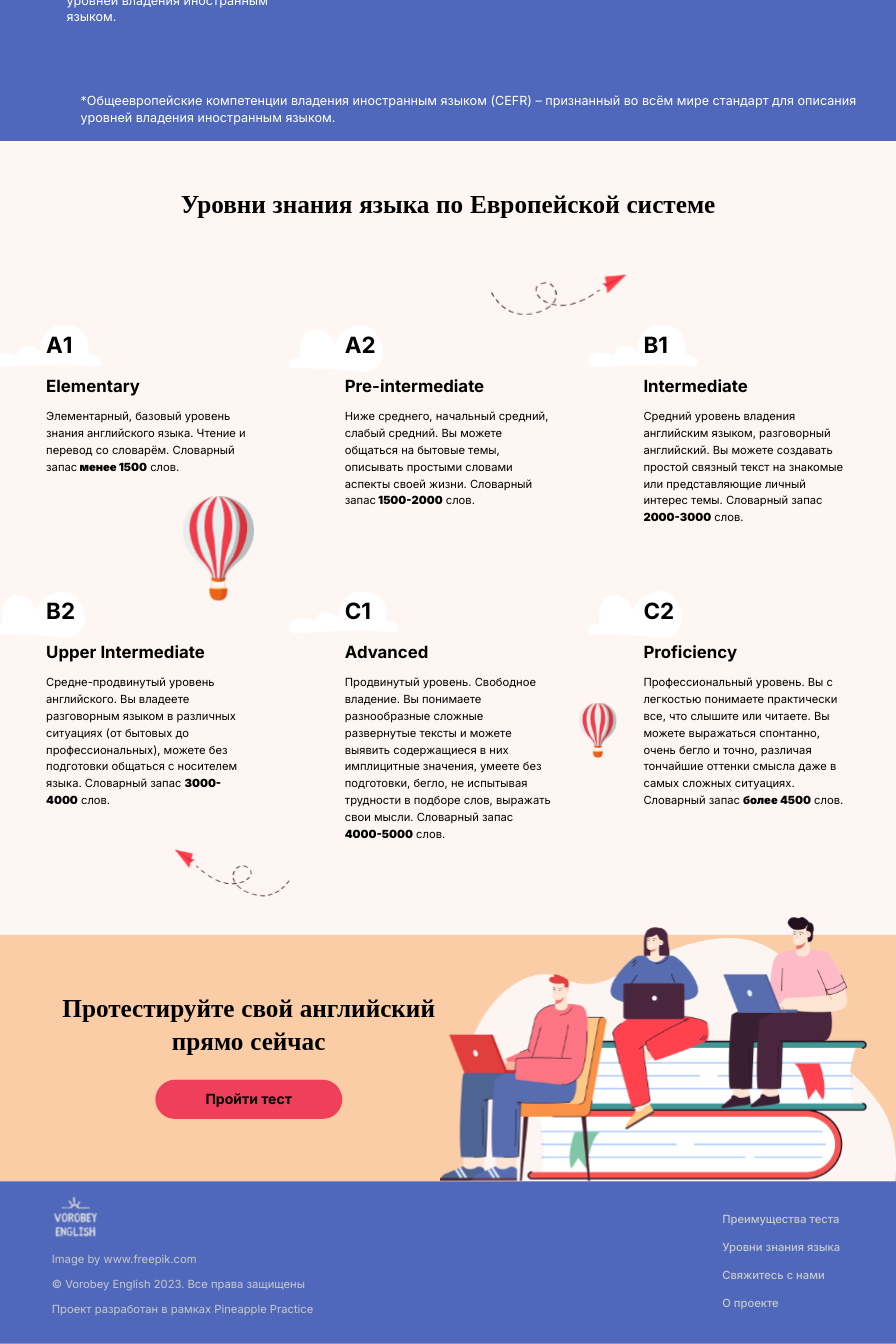
Repository: WladimirVA/Diplom
Page: templates/Index.html
An editor plug-in stored every save of this project. The page is shown before and after the next save, followed by the edit.
The browser window is 1280 px wide. The pictures show the part of the page from y = 1901 to 3821 px (the page is 3821 px tall), at 70% of full size.

Above is the page before, as saved 2023-05-15 16:33:44.

### templates/Index.html
<!DOCTYPE html>
<html lang="ru">
<head>
    <meta charset="UTF-8">
    <meta http-equiv="X-UA-Compatible" content="IE=edge">
    <meta name="viewport" content="width=device-width, initial-scale=1.0">
    <link href="./static/css/style.css" rel="stylesheet" type="text/css">
    <link href="./static/css/fonts.css" rel="stylesheet" type="text/css">
    <link href="./static/css/slider.css">
    <link rel="icon" sizes="16x16" href="./static/img/Иконка _Лого_ (1_1).svg" type="image/x-icon">
    <title>Vorobeyenglish</title>
</head>
<body>
<script src="./static/js/listmenu.js"></script>
<header class="header" di="HOME">
    <div class="section">
        <div class="section-header">
            <div class="logo">
                <img src="./static/img/Иконка _Лого_ (1).svg">
            </div>
            <nav>
                <div class="dropdown">
                    <!-- <button onclick="myFunction()" class="dropbtn"> Выпадающий</button> -->
                    <a onclick="myFunction()"><img class="dropbtn" src="./static/img/Vector (6).svg"></a>
                    <div id="myDropdown" class="dropdown-content">
                        <div class="Name-logo">
                            <a href="#"><img class="Name-logo-mob1" src="./static/img/Иконка _Лого_ (1).svg"></a>
                            <img class="Name-logo-img1-info" src="./static/img/Ellipse 6 (2).svg">
                            <a href="#"><img class="Name-logo-img-info Name-logo-mob" src="./static/img/Vector (5).svg"></a>
                        </div>
                        <div class="header-nav-mob">
                            <a class="link" href="№">Главная</a>
                            <a class="link" href="#ADVAN_TEST">Преимущества теста</a>
                            <a class="link" href="#LANGUAGE_LEVELS">Уровни знания языка</a>
                                <form class="dropdown-button-mob" action="./next_test" method="post">
                                    <button class="dropdown-button-mob1">Пройти тест</button>
                                </form>
                            <a class="link" href="#">О проекте</a>
                            <a class="link" href="mailto:Vorobeyenglish@ya.ru">Свяжитесь с нами</a>
                        </div>
                        </div>
                </div>

                <ul class="header-nav">
                    <li><a class="link" href="#ADVAN_TEST">Преимущества теста</a></li>
                    <li><a class="link" href="#LANGUAGE_LEVELS">Уровни знания языка</a></li>
                    <li><a class="link" href="mailto:englishtest@yandex.ru">Свяжитесь с нами</a></li>
                    <li><a class="link" href="#">О проекте</a></li>
                </ul>
            </nav>
        </div>
    </div>
</header>
<main>
    <section class="HOME">
        <div class="section">
            <div class="content">
                <h1 class="title">
                    проверь<br class="br-mob"> свой уровень <br>английского
                </h1>
                <div class="section-home">

                    <div class="title-home">

                        <p class="home_p">
                            Пройдите наш <span  style="font-weight:900"> бесплатный <br></span> онлайн-тест и узнайте свой уровень <br>владения английским языком
                        </p>
                        <ul class="home_ul">
                            <li class="home_li"><img class="check" src="./static/img/Иконка _Галочка_ 3.svg">Без регистрации</li>
                            <li class="home_li"><img class="check" src="./static/img/Иконка _Галочка_ 3.svg">Без ограничений по времени</li>
                            <li class="home_li"><img class="check" src="./static/img/Иконка _Галочка_ 3.svg">По международным стандартам</li>
                        </ul>
                        <div class="buttonsHome">
                            <form action="./next_test" method="post">
                                <button class="button_home">Пройти тест</button>
                            </form>
                        </div>
                    </div>
                    <div class="image-home">
                        <img src="./static/img/иллюстр 6 (1).svg">
                    </div>
                </div>
            </div>

        </div>
    </section>
    <section class="WHY-TEST">
        <div class="section">
            <div class="">
                <div class="section-home-1">
                    <h1 class="title_2">Почему важно знать<br>свой уровень английского?</h1>
                    <div class="section-home-2">
                        <div class="image-home-2">
                            <img src="./static/img/иллюстр 2 1.svg">
                        </div>
                        <div class="home_p home-text">
                            <p>Если Вы решили улучшить свой английский, перед началом обучения всегда надо определить свой уровень знаний.</p>
                            <p class="p-text">Тест на определение уровня английского языка позволяет понять, с какого уровня следует начинать занятия, помогает преподавателю грамотно составить программу обучения, оценить сильные стороны ученика.</p>
                        </div>
                    </div>
                </div>
            </div>
        </div>
    </section>
    <section class="ADVAN_TEST" id="ADVAN_TEST">
        <div class="section">
            <div class="content">
                <div class="content_img">
                    <img class="rot-sheet" src="./static/img/shestirenki/Vector (3).png">
                    <img class="rot-sheet-1" src="./static/img/shestirenki/Vector (4).png">
                    <img class="rot rot-img1" src="./static/img/shestirenki/Vector (5).svg">
                    <img class="rot1 rot-img2" src="./static/img/shestirenki/Vector (7).svg">
                    <img class="rot rot-img3" src="./static/img/shestirenki/Vector (6).svg">
                </div>
                <div class="text_test">
                    <h1 class="title_3">Преимущества тестирования</h1>
                </div>
                <div class="content-ADVAN_TEST">
                    <div class="quality test-info">
                        <img src="./static/img/Mask group 1.svg">
                        <h3 class="advan-test">Стандарт качества</h3>
                        <p class="advan-test-p">Тест содержит 60 вопросов и разработан в соответствии с международной классификацией CEFR*. </p>
                        <p class="advan-test-p advan-test-p-2-mob">*Общеевропейские компетенции владения иностранным языком (CEFR) – признанный во всём мире стандарт для описания уровней владения иностранным языком. </p>

                    </div>
                    <div class="free test-info">
                        <img src="./static/img/Mask group2 1.svg">
                        <h3 class="advan-test">Полностью бесплатно</h3>
                        <p class="advan-test-p">Проверьте свой уровень английского бесплатно — регистрироваться и вводить email не нужно.</p>
                    </div>
                    <div class="availability test-info">
                        <img src="./static/img/Mask group1 1.svg">
                        <h3 class="advan-test">Доступность</h3>
                        <p class="advan-test-p">Тестирование можно пройти с любого устройства: компьютера, планшета или смартфона. Нужен только интернет.</p>
                    </div>
                </div>
                <div class="content_img_mob">
                    <img class="rot-sheet" src="./static/img/shestirenki/Vector (3).png">
                    <img class="rot-sheet-1" src="./static/img/shestirenki/Vector (4).png">
                    <img class="rot rot-img1" src="./static/img/shestirenki/Vector (5).svg">
                    <img class="rot1 rot-img2" src="./static/img/shestirenki/Vector (7).svg">
                    <img class="rot rot-img3" src="./static/img/shestirenki/Vector (6).svg">
                </div>
                <p class="advan-test-p advan-test-p-2">*Общеевропейские компетенции владения иностранным языком (CEFR) – признанный во всём мире стандарт для описания уровней владения иностранным языком. </p>
            </div>
        </div>
    </section>
    <section class="LANGUAGE_LEVELS" id="LANGUAGE_LEVELS">
        <div class="section">
            <div class="content">
                <div class="text_test">
                    <h1 class="title_3">Уровни знания языка по Европейской системе</h1>
                    <img src="./static/img/иллюстр 1 1.svg">
                </div>
                <div class="container container_lev">
                    <div class="box-1 container-box">
                        <img class="cloud" src="./static/img/Vector 5.svg">
                        <h3>А1</h3>
                        <p class="container-box-p">Elementary</p>
                        <p class="container-box-p2">Элементарный, базовый уровень знания английского языка. Чтение и перевод со словарём. Словарный запас<span  style="font-weight:900"> менее 1500</span> слов.</p>
                        <img class="ball" src="./static/img/иллюстр 3 1.svg">
                    </div>
                    <div class="box-1 container-box">
                        <img class="cloud" src="./static/img/Vector 1 1.png">
                        <h3>А2</h3>
                        <p class="container-box-p">Pre-intermediate</p>
                        <p class="container-box-p2">Ниже среднего, начальный средний, слабый средний. Вы можете общаться на бытовые темы, описывать простыми словами аспекты своей жизни. Словарный запас<span  style="font-weight:900"> 1500-2000</span> слов.</p>
                    </div>
                    <div class="box-1 container-box">
                        <img class="cloud" src="./static/img/Vector 5.svg">
                        <h3>B1</h3>
                        <p class="container-box-p">Intermediate</p>
                        <p class="container-box-p2">Средний уровень владения английским языком, разговорный английский. Вы можете создавать простой связный текст на знакомые или представляющие личный интерес темы. Словарный запас<span  style="font-weight:900"> 2000-3000</span> слов.</p>
                    </div>
                    <div class="box-1 container-box">
                        <img class="cloud" src="./static/img/Vector 1 1.png">
                        <h3>B2</h3>
                        <p class="container-box-p">Upper Intermediate</p>
                        <p class="container-box-p2">Средне-продвинутый уровень английского. Вы владеете разговорным языком в различных ситуациях (от бытовых до профессиональных), можете без подготовки общаться с носителем языка. Словарный запас <span  style="font-weight:900">3000-4000</span> слов.</p>
                        <img class="ball-2" src="./static/img/иллюстр 5 1.svg">
                    </div>
                    <div class="box-1 container-box">
                        <img class="cloud" src="./static/img/Vector 5.svg">
                        <h3>C1</h3>
                        <p class="container-box-p">Advanced</p>
                        <p class="container-box-p2">Продвинутый уровень. Свободное владение. Вы понимаете разнообразные сложные развернутые тексты и можете выявить содержащиеся в них имплицитные значения, умеете без подготовки, бегло, не испытывая трудности в подборе слов, выражать свои мысли. Словарный запас <span  style="font-weight:900">4000-5000</span> слов.</p>
                        <img class="ball-3" src="./static/img/иллюстр 4 1.svg">
                    </div>
                    <div class="box-1 container-box">
                        <img class="cloud" src="./static/img/Vector 1 1.png">
                        <h3>C2</h3>
                        <p class="container-box-p">Proficiency</p>
                        <p class="container-box-p2">Профессиональный уровень. Вы с легкостью понимаете практически все, что слышите или читаете. Вы можете выражаться спонтанно, очень бегло и точно, различая тончайшие оттенки смысла даже в самых сложных ситуациях. Словарный запас <span  style="font-weight:900">более 4500</span> слов.</p>
                    </div>
                </div>
                <div class="container_mob">
                    <div class="itc-slider__wrapper">
                        <div class="viewport">
                            <div class="slider">
                                <div class="item"><!-- Начало 1 слайда -->
                                    <div class="box-1 container-box">
                                        <img class="cloud" src="./static/img/Vector 5.svg">
                                        <h3>А1</h3>
                                        <p class="container-box-p">Elementary</p>
                                        <p class="container-box-p2">Элементарный, базовый уровень знания английского языка. Чтение и перевод со словарём. Словарный запас<span  style="font-weight:900"> менее 1500</span> слов.</p>
                                        <img class="ball" src="./static/img/иллюстр 3 1.svg">
                                    </div>
                                </div> <!-- Конец 1 слайда -->
                                <div class="item"><!-- Начало 2 слайда -->
                                    <div class="box-1 container-box">
                                        <img class="cloud" src="./static/img/Vector 1 1.png">
                                        <h3>А2</h3>
                                        <p class="container-box-p">Pre-intermediate</p>
                                        <p class="container-box-p2">Ниже среднего, начальный средний, слабый средний. Вы можете общаться на бытовые темы, описывать простыми словами аспекты своей жизни. Словарный запас<span  style="font-weight:900"> 1500-2000</span> слов.</p>
                                    </div>
                                </div><!-- Конец 2 слайда -->
                                <div class="item"><!-- Начало 3 слайда -->
                                    <div class="box-1 container-box">
                                        <img class="cloud" src="./static/img/Vector 5.svg">
                                        <h3>B1</h3>
                                        <p class="container-box-p">Intermediate</p>
                                        <p class="container-box-p2">Средний уровень владения английским языком, разговорный английский. Вы можете создавать простой связный текст на знакомые или представляющие личный интерес темы. Словарный запас<span  style="font-weight:900"> 2000-3000</span> слов.</p>
                                    </div>
                                </div><!-- Конец 3 слайда -->
                                <div class="item"><!-- Начало 4 слайда -->
                                    <div class="box-1 container-box">
                                        <img class="cloud" src="./static/img/Vector 1 1.png">
                                        <img class="ball-2" src="./static/img/иллюстр 5 1.svg">
                                        <h3>B2</h3>
                                        <p class="container-box-p">Upper Intermediate</p>
                                        <p class="container-box-p2">Средне-продвинутый уровень английского. Вы владеете разговорным языком в различных ситуациях (от бытовых до профессиональных), можете без подготовки общаться с носителем языка. Словарный запас <span  style="font-weight:900">3000-4000</span> слов.</p>
                                    </div>
                                </div><!-- Конец 4 слайда -->
                                <div class="item"><!-- Начало 5 слайда -->
                                    <div class="box-1 container-box">
                                        <img class="ball-3" src="./static/img/иллюстр 4 1.svg">
                                        <img class="cloud" src="./static/img/Vector 5.svg">
                                        <h3>C1</h3>
                                        <p class="container-box-p">Advanced</p>
                                        <p class="container-box-p2">Продвинутый уровень. Свободное владение. Вы понимаете разнообразные сложные развернутые тексты и можете выявить содержащиеся в них имплицитные значения, умеете без подготовки, бегло, не испытывая трудности в подборе слов, выражать свои мысли. Словарный запас <span  style="font-weight:900">4000-5000</span> слов.</p>
                                    </div>
                                </div><!-- Конец 5 слайда -->
                                <div class="item"><!-- Начало 6 слайда -->
                                    <div class="box-1 container-box">
                                        <img class="cloud" src="./static/img/Vector 1 1.png">
                                        <h3>C2</h3>
                                        <p class="container-box-p">Proficiency</p>
                                        <p class="container-box-p2">Профессиональный уровень. Вы с легкостью понимаете практически все, что слышите или читаете. Вы можете выражаться спонтанно, очень бегло и точно, различая тончайшие оттенки смысла даже в самых сложных ситуациях. Словарный запас <span  style="font-weight:900">более 4500</span> слов.</p>
                                    </div>
                                </div><!-- Конец 6 слайда -->
                            </div>
                        <div class="button111">
                            <div><a class="prev" onclick="minusSlide()"><img src="./static/img/Polygon 1.png"></a></div>
                            <div><a class="next" onclick="plusSlide()"><img src="./static/img/Polygon 2.png"></a></div>
                            <script src="./static/js/slider.js"></script>
                        </div>
                    <div>
                </div>
            </div>
        </div>
    </section>
    <section class="TEST">
        <div class="section">
            <div class="content">
                <div class="test-now">
                    <div class="test-now-text">
                        <h1 class="title_3">Протестируйте свой английский<br> прямо сейчас</h1>

                        <form action="./next_test" method="post">
                            <button class="button test_button">Пройти тест</button>
                        </form>

                    </div>
                    <div class="test-now-img">
                        <img src="./static/img/Group 78 1 (1).svg">
                    </div>
                </div>
            </div>
        </div>
    </section>
</main>
<footer class="FOOTER" id="FOOTER">
    <div class="section">
        <div class="section-footer">
            <div class="footer-logo">
                <img src="./static/img/Vector (3).svg">
                <p class="footer-logo-p">Image by www.freepik.com</p>
                <p class="footer-logo-p2">© Vorobey English 2023. Все права защищены</p>
                <p class="footer-logo-p2" >Проект разработан в рамках Pineapple Practice</p>
            </div>
            <div class="footer-navi">
                <nav>
                    <ul class="footer-nav">
                        <li><a class="footer-link" href="#ADVAN_TEST">Преимущества теста</a></li>
                        <li><a class="footer-link" href="#LANGUAGE_LEVELS">Уровни знания языка</a></li>
                        <li><a class="footer-link" href="mailto:Vorobeyenglish@ya.ru">Свяжитесь с нами</a></li>
                        <li><a class="footer-link" href="#">О проекте</a></li>
                        <li><p class="mob-1 footer-link">© Vorobey English 2023<br> Все права защищены</p></li>
                        <li><p class="mob-1 footer-link" >Image by www.freepik.com</p></li>
                        <li><p class="mob-1 footer-link" >Проект разработан в рамках Pineapple Practice</p></li>
                    </ul>
                </nav>
            </div>

        </div>
    </div>
</footer>

</body>
</html>

### static/css/fonts.css
/* @import url('https://fonts.googleapis.com/css2?family=Work+Sans:ital,wght@0,600;0,800;1,800&display=swap'); */


/* @import url('https://fonts.googleapis.com/css2?family=Inter:wght@400;500;600;700;800&family=Work+Sans:ital,wght@0,600;0,800;1,800&display=swap'); */


@import url('https://fonts.googleapis.com/css2?family=Inter:wght@100;200;300;400;500;600;700;800;900&display=swap');

@import url('https://fonts.googleapis.com/css2?family=Inter:wght@100;200;300;400;500;600;700;800;900&family=Work+Sans:ital,wght@0,100;0,200;0,300;0,400;0,500;0,600;0,700;0,800;0,900;1,100;1,200;1,300;1,400;1,500;1,600;1,700;1,800;1,900&display=swap');

Loaded but not shown: static/js/slider.js (34 lines, source omitted); static/js/listmenu.js (18 lines, source omitted); static/css/style.css (935 lines, source omitted)

After the next save:
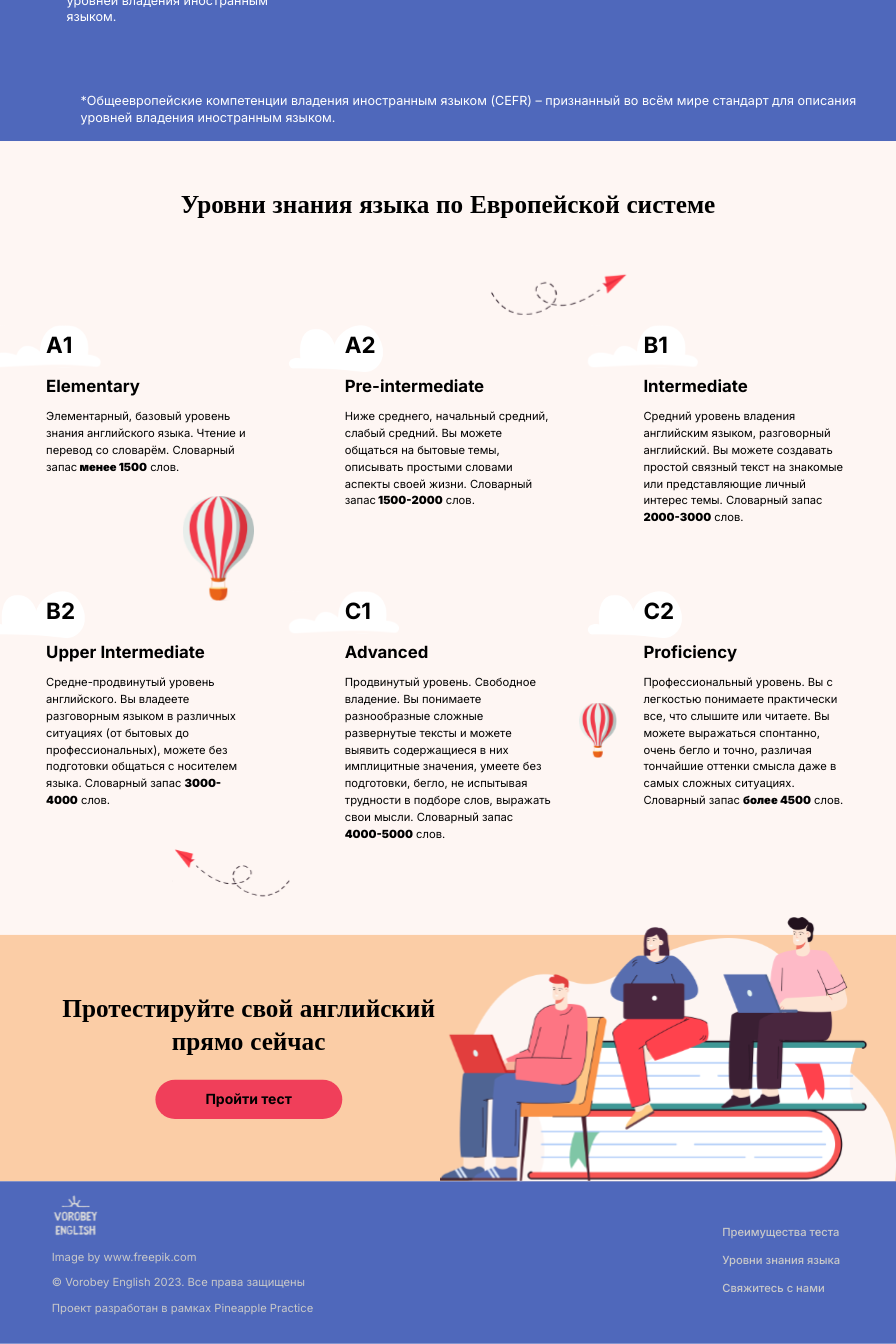
Saved 18 min 28 s later.
--- a/templates/Index.html
+++ b/templates/Index.html
@@ -294,7 +294,7 @@
                         <li><a class="footer-link" href="#ADVAN_TEST">Преимущества теста</a></li>
                         <li><a class="footer-link" href="#LANGUAGE_LEVELS">Уровни знания языка</a></li>
                         <li><a class="footer-link" href="mailto:Vorobeyenglish@ya.ru">Свяжитесь с нами</a></li>
-                        <li><a class="footer-link" href="#">О проекте</a></li>
+                        <!-- <li><a class="footer-link" href="#">О проекте</a></li> -->
                         <li><p class="mob-1 footer-link">© Vorobey English 2023<br> Все права защищены</p></li>
                         <li><p class="mob-1 footer-link" >Image by www.freepik.com</p></li>
                         <li><p class="mob-1 footer-link" >Проект разработан в рамках Pineapple Practice</p></li>
